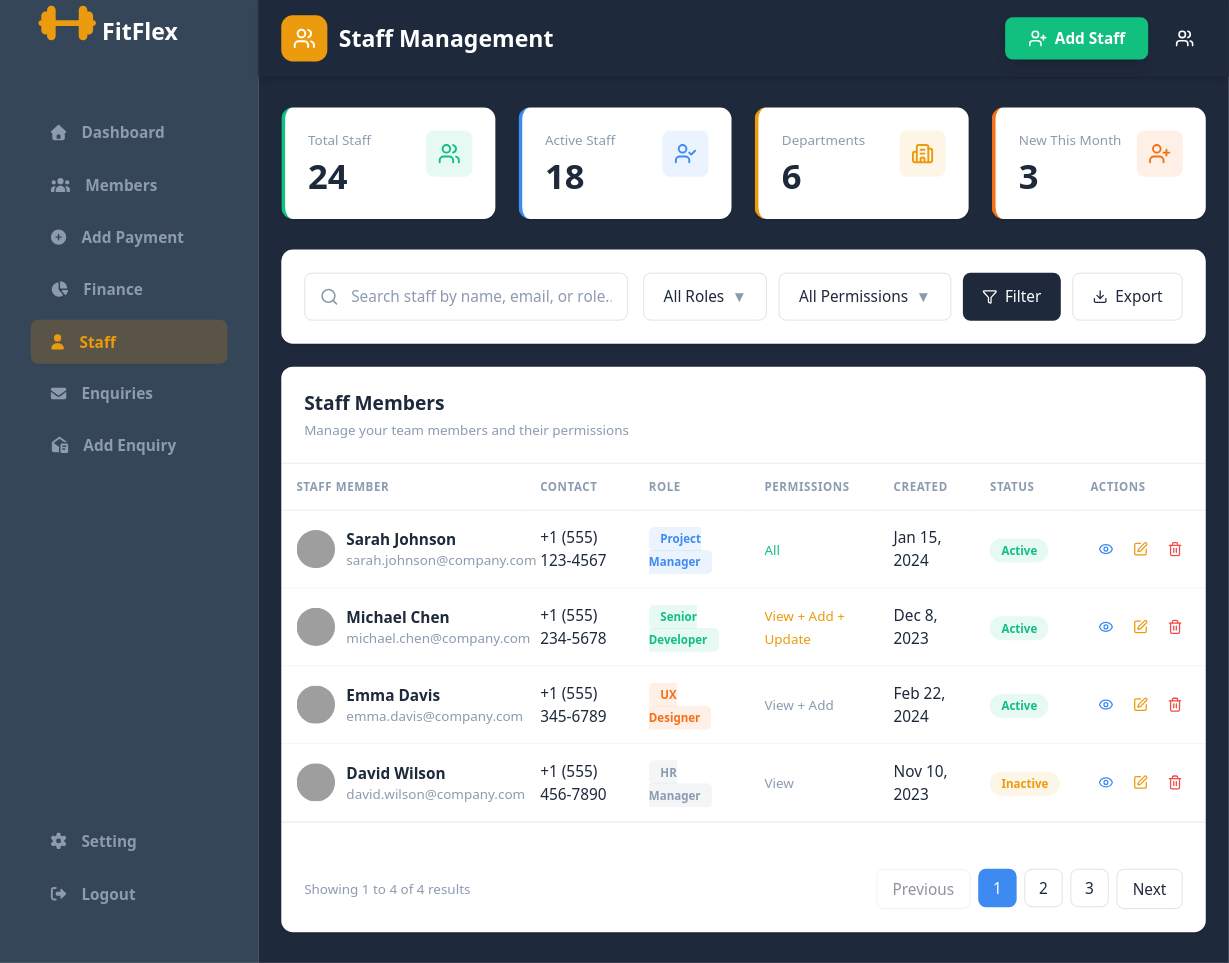
Repository: MuhammadTalhaTaj/gym_management_app_backend
Page: /staff (app in frontend/)
An editor plug-in stored every save of this project. The page is shown before and after a run of saves, followed by the edit.
The browser window is 1280 px wide. The pictures show the whole page, at 96% of full size.
Pictures or frames that could not be fetched are drawn as grey boxes. The project was rebuilt for these pictures with package versions that can differ from the ones it lists, and the page was loaded fresh each time. Also part of the build but not shown: frontend/vite.config.ts, frontend/src/assets/styles/AdminHeader.css, frontend/src/Components/AdminHeader.tsx, frontend/src/assets/styles/AdminDashboard.css, frontend/src/hooks/useDashboardData.ts, frontend/src/assets/styles/AdminDashboardStats.css, frontend/src/Components/AdminDashboardStats.tsx, frontend/src/Components/IncomeExpenseChart.tsx and 30 more.

Above is the page before, as saved 2025-11-21 09:56:55.

After the next 2 saves:
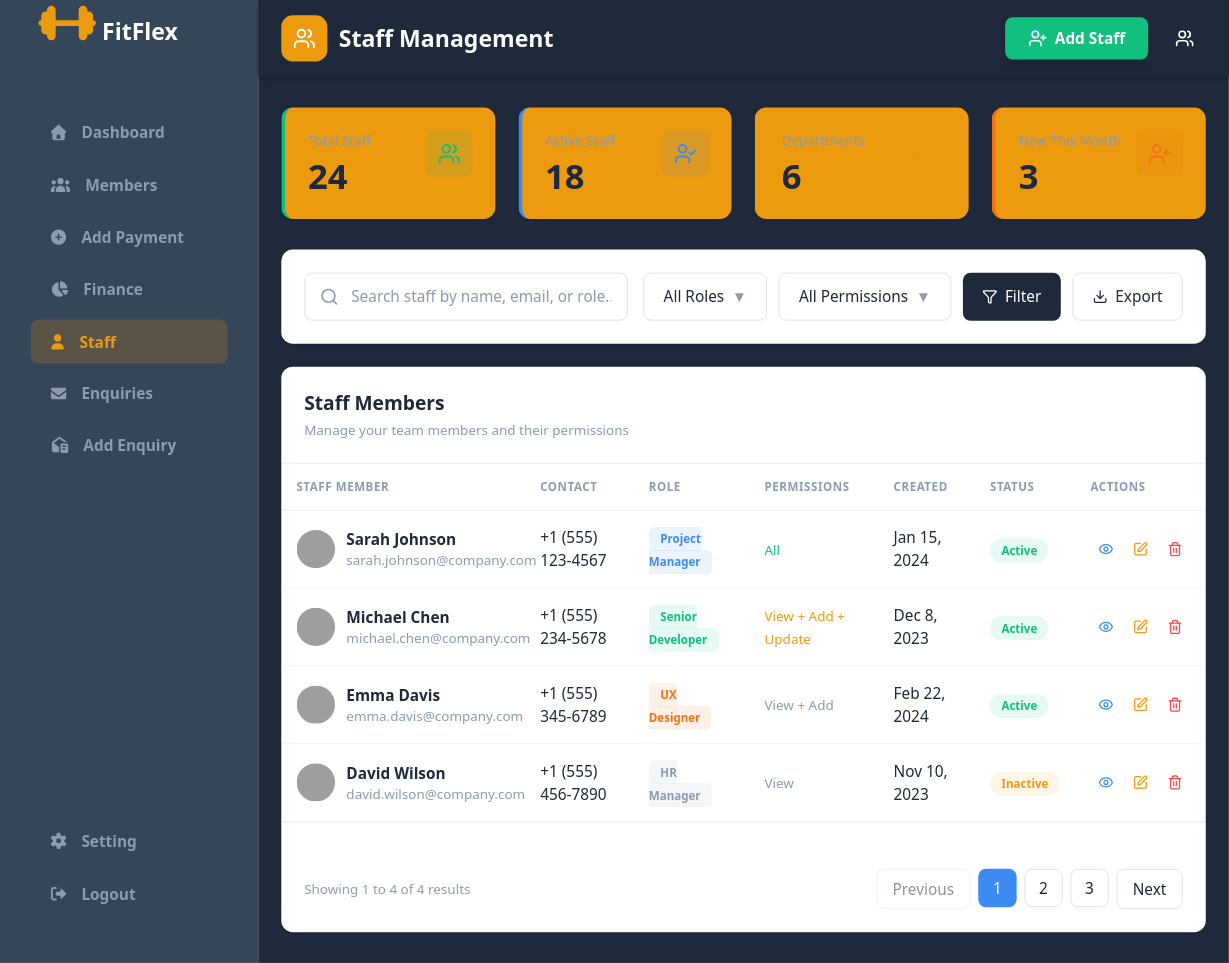
The 2 saves are shown as one change because they came seconds apart.
The last was saved 37 s later.
--- a/frontend/src/pages/Admin/Staff.tsx
+++ b/frontend/src/pages/Admin/Staff.tsx
@@ -60,7 +60,7 @@ const statsData = [
 const StatCard = ({ stat }) => {
   const Icon = stat.icon;
   return (
-    <div className={`bg-white rounded-xl p-6 border-l-4 ${stat.borderColor} shadow-sm hover:shadow-md transition-shadow`}>
+    <div className={`bg-[var(--secondary-100)] rounded-xl p-6 border-l-4 ${stat.borderColor} shadow-sm hover:shadow-md transition-shadow`}>
       <div className="flex items-start justify-between">
         <div>
           <p className="text-[#8C9BB0] text-sm font-medium mb-2">{stat.label}</p>
